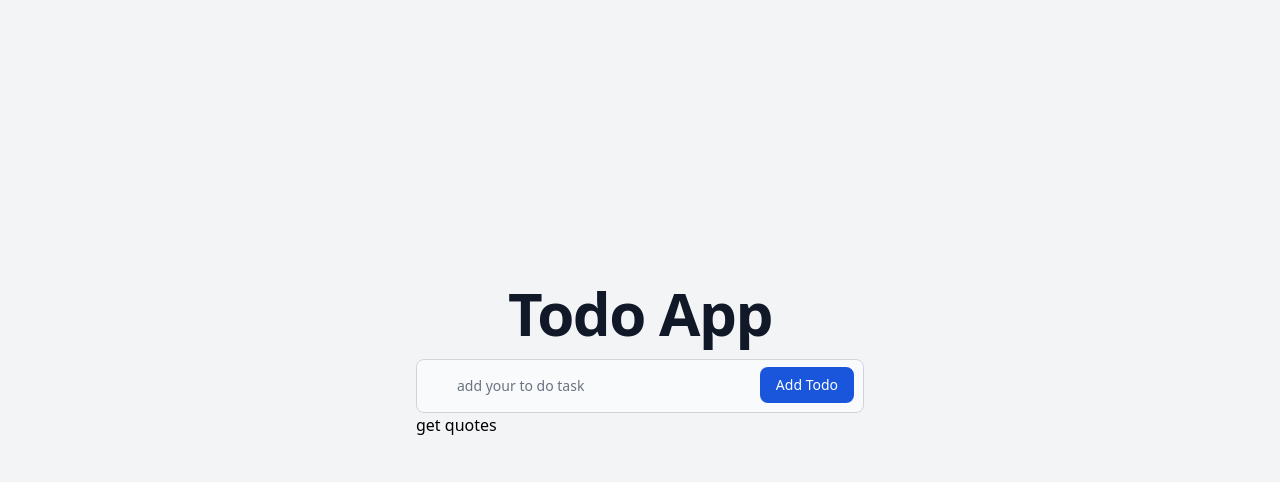
Repository: sodmaq/Todo-App
Page: /
An editor plug-in stored every save of this project. The page is shown before and after the next save, followed by the edit.
The browser window is 1280 px wide. The pictures show the whole page.
The project was rebuilt for these pictures with package versions that can differ from the ones it lists, and the page was loaded fresh each time. Also part of the build but not shown: vite.config.js, src/components/Quote.jsx, src/components/TodoItem.jsx.

Above is the page before, as saved 2024-09-04 11:37:59.

### src/App.jsx
import { BrowserRouter, Route, Routes } from "react-router-dom";
import Quote from "./components/Quote";
import Todo from "./Todo";

function App() {
  return (
    <BrowserRouter>
      <Routes>
        <Route path="/" element={<Todo />} />
        <Route path="/quote" element={<Quote />} />
      </Routes>
    </BrowserRouter>
  );
}

export default App;

### src/Todo.jsx
import { useState } from "react";
// import { BrowserRouter } from "react-router-dom";
import Header from "./components/Header";
import TodoInput from "./components/TodoInput";
import TodoList from "./components/TodoList";
import { v4 as uuidv4 } from "uuid"; // For generating unique IDs

function Todo() {
  const [todos, setTodos] = useState([]);

  const addTodo = (text) => {
    const newTodo = { id: uuidv4(), text, completed: false };
    setTodos([...todos, newTodo]);
  };

  const toggleComplete = (id) => {
    setTodos(
      todos.map((todo) =>
        todo.id === id ? { ...todo, completed: !todo.completed } : todo
      )
    );
  };

  const editTodo = (id, newText) => {
    setTodos(
      todos.map((todo) => (todo.id === id ? { ...todo, text: newText } : todo))
    );
  };

  const deleteTodo = (id) => {
    setTodos(todos.filter((todo) => todo.id !== id));
  };

  return (
    <main className="bg-gray-100 h-screen flex justify-center items-center">
      <div className="max-w-md mx-auto w-full ">
        <Header />
        <TodoInput addTodo={addTodo} />
        <TodoList
          todos={todos}
          toggleComplete={toggleComplete}
          deleteTodo={deleteTodo}
          editTodo={editTodo}
        />
      </div>
    </main>
  );
}

export default Todo;

### src/components/Header.jsx
function Header() {
  return (
    <div>
      <h1 className="mb-4 text-4xl font-extrabold leading-none tracking-tight text-gray-900 md:text-5xl lg:text-6xl dark:text-white text-center">
        Todo App
      </h1>
    </div>
  );
}

export default Header;

### src/components/TodoInput.jsx
import { useState } from "react";
import Quote from "./Quote";

function TodoInput({ addTodo }) {
  const [todo, setTodo] = useState("");

  const handleSubmit = (e) => {
    e.preventDefault();

    if (todo) {
      addTodo(todo);
      setTodo("");
    }
  };

  return (
    <div>
      <form className="max-w-md mx-auto" onSubmit={handleSubmit}>
        <label
          htmlFor="default-search"
          className="mb-2 text-sm font-medium text-gray-900 sr-only dark:text-white"
        >
          add todo
        </label>
        <div className="relative">
          <div className="absolute inset-y-0 left-0 flex items-center pl-3 pointer-events-none">
            <svg
              className="w-4 h-4 text-gray-500 dark:text-gray-400"
              aria-hidden="true"
              xmlns="http://www.w3.org/2000/svg"
              fill="none"
              viewBox="0 0 20 20"
            >
              <path />
            </svg>
          </div>
          <input
            type="search"
            id="default-search"
            className="block w-full p-4 pl-10 text-sm text-gray-900 border border-gray-300 rounded-lg bg-gray-50 focus:ring-blue-500 focus:border-blue-500 dark:bg-gray-700 dark:border-gray-600 dark:placeholder-gray-400 dark:text-white dark:focus:ring-blue-500 dark:focus:border-blue-500"
            placeholder="add your to do task"
            required
            onChange={(e) => setTodo(e.target.value)}
            value={todo}
          />
          <button
            type="submit"
            className="text-white absolute right-2.5 bottom-2.5 bg-blue-700 hover:bg-blue-800 focus:ring-4 focus:outline-none focus:ring-blue-300 font-medium rounded-lg text-sm px-4 py-2 dark:bg-blue-600 dark:hover:bg-blue-700 dark:focus:ring-blue-800"
          >
            Add Todo
          </button>
        </div>
      </form>
      <button onClick={Quote}>get quotes</button>
    </div>
  );
}

export default TodoInput;

### src/components/TodoList.jsx
import TodoItem from "./TodoItem";
function TodoList({ todos, toggleComplete, deleteTodo, editTodo }) {
  return (
    <div className="max-w-md mx-auto">
      <ul>
        {todos.map((todo) => (
          <TodoItem
            key={todo.id}
            todo={todo}
            toggleComplete={toggleComplete}
            deleteTodo={deleteTodo}
            editTodo={editTodo}
          />
        ))}
      </ul>
    </div>
  );
}

export default TodoList;

### tailwind.config.js
import flowbite from "flowbite/plugin";

/** @type {import('tailwindcss').Config} */
export default {
  content: [
    "./index.html",
    "./src/**/*.{js,ts,jsx,tsx}",
    "./node_modules/flowbite/**/*.js",
  ],
  theme: {
    extend: {},
  },
  plugins: [flowbite],
};

Loaded but not shown: index.html (common file); src/main.jsx (common file); src/index.css (common file)

After the next save:
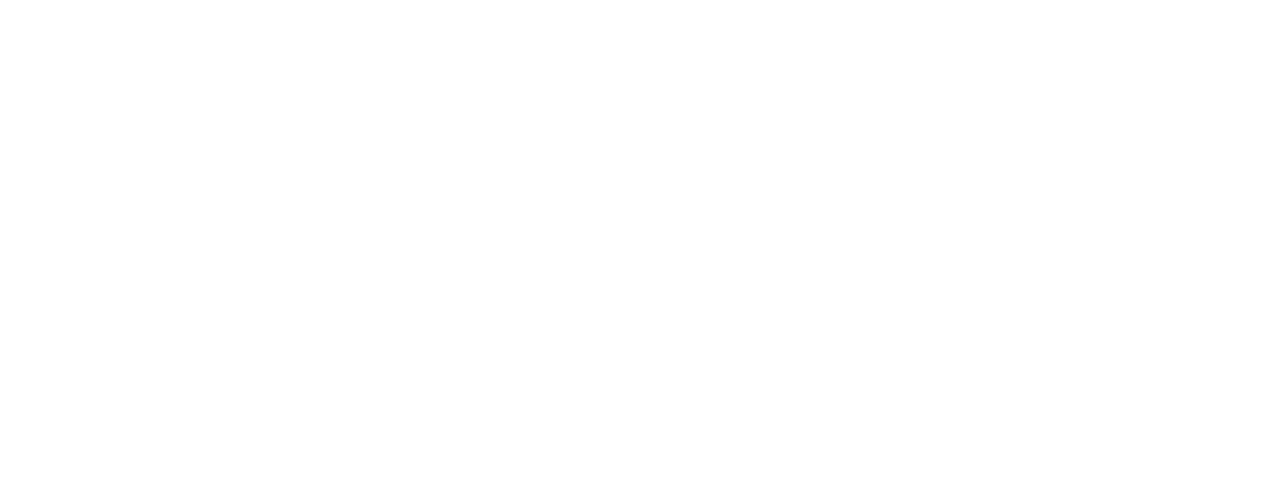
Console error: ReferenceError: Button is not defined
Saved 4 min 48 s later.
--- a/src/Todo.jsx
+++ b/src/Todo.jsx
@@ -42,6 +42,7 @@
           deleteTodo={deleteTodo}
           editTodo={editTodo}
         />
+        <Button>Add</Button>
       </div>
     </main>
   );

After the save that followed:
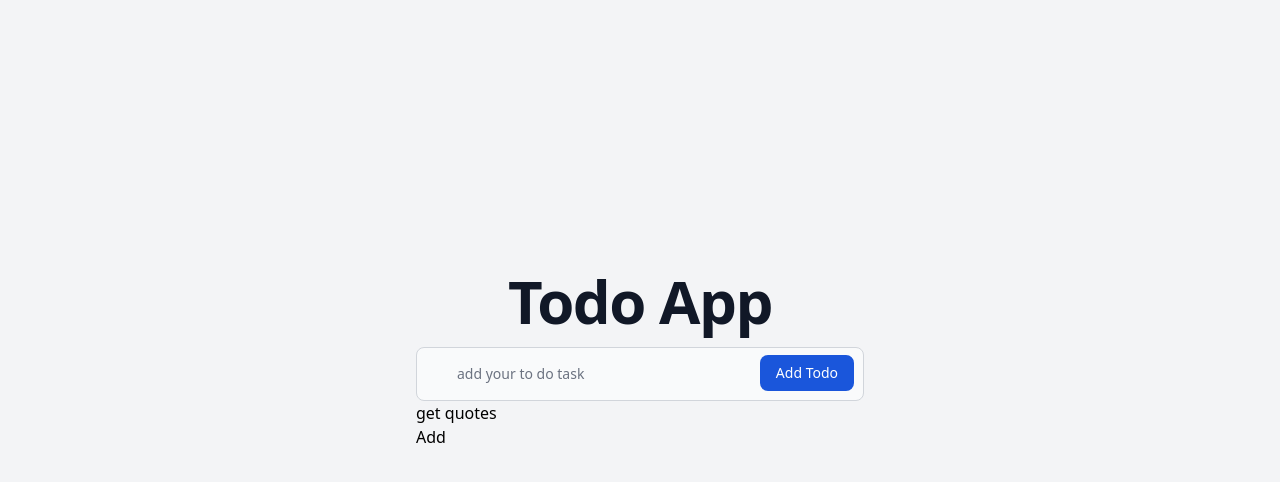
The error is gone.
Saved 7 s later.
--- a/src/Todo.jsx
+++ b/src/Todo.jsx
@@ -42,7 +42,7 @@
           deleteTodo={deleteTodo}
           editTodo={editTodo}
         />
-        <Button>Add</Button>
+        <button>Add</button>
       </div>
     </main>
   );
